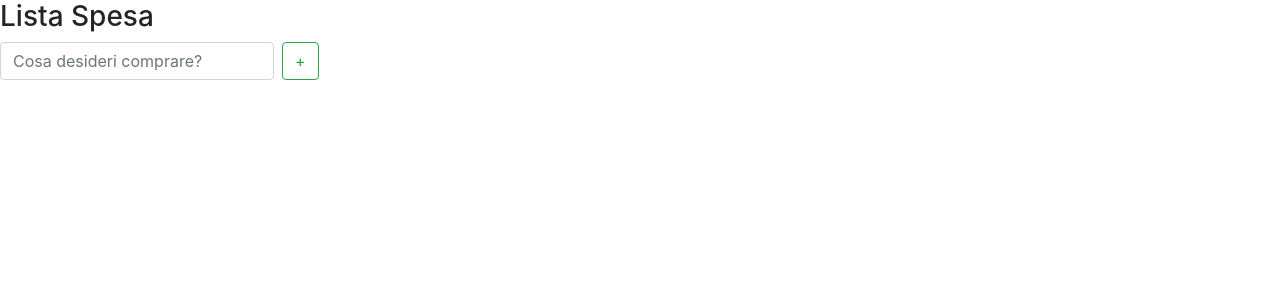
Repository: andreadipilato/TodoList
Page: /
These files come from the project's save history. The page is drawn as it stood at one moment and after the next save; the edit follows.
The browser window is 1280 px wide. The pictures show the whole page.
The project was rebuilt for these pictures with package versions that can differ from the ones it lists, and the page was loaded fresh each time. Also part of the build but not shown: src/App.css.

Above is the page before, as saved 2020-12-04 15:55:17.

### public/index.html
<!DOCTYPE html>
<html lang="en">
  <head>
    <meta charset="utf-8" />
    <link rel="stylesheet" href="https://maxcdn.bootstrapcdn.com/bootstrap/4.0.0/css/bootstrap.min.css" integrity="sha384-Gn5384xqQ1aoWXA+058RXPxPg6fy4IWvTNh0E263XmFcJlSAwiGgFAW/dAiS6JXm" crossorigin="anonymous">
    <link rel="icon" href="%PUBLIC_URL%/favicon.ico" />
    <meta name="viewport" content="width=device-width, initial-scale=1" />
    <meta name="theme-color" content="#000000" />
    <meta
      name="description"
      content="Web site created using create-react-app"
    />
    <link rel="apple-touch-icon" href="%PUBLIC_URL%/logo192.png" />
    <!--
      manifest.json provides metadata used when your web app is installed on a
      user's mobile device or desktop. See https://developers.google.com/web/fundamentals/web-app-manifest/
    -->
    <link rel="manifest" href="%PUBLIC_URL%/manifest.json" />
    <!--
      Notice the use of %PUBLIC_URL% in the tags above.
      It will be replaced with the URL of the `public` folder during the build.
      Only files inside the `public` folder can be referenced from the HTML.

      Unlike "/favicon.ico" or "favicon.ico", "%PUBLIC_URL%/favicon.ico" will
      work correctly both with client-side routing and a non-root public URL.
      Learn how to configure a non-root public URL by running `npm run build`.
    -->
    <title>Lista Spesa</title>
  </head>
  <body>
    <noscript>You need to enable JavaScript to run this app.</noscript>
    <div id="root"></div>
    <!--
      This HTML file is a template.
      If you open it directly in the browser, you will see an empty page.

      You can add webfonts, meta tags, or analytics to this file.
      The build step will place the bundled scripts into the <body> tag.

      To begin the development, run `npm start` or `yarn start`.
      To create a production bundle, use `npm run build` or `yarn build`.
    -->

  </body>
</html>

### src/App.js
import logo from './logo.svg';
import './App.css';
import Cerca from './Cerca.js';

function App() {
  return (
    <div className="App">
      <header className="App-header">
        <h3>Lista Spesa</h3>
        <Cerca />
      </header>
    </div>
  );
}

export default App;

### src/Cerca.js
import React, {Component} from 'react'

class Cerca extends Component {
    constructor(props) {
        super(props);
        this.state = { cerca: ""}
    }
    render() {
        return (
                <form className = "form-inline" onSubmit = {this.addElement}>
                    <input
                        className = "form-control mr-sm-2"
                        type = "text"
                        placeholder = "Cosa desideri comprare?"
                        aria-label = "Search"
                        value = {this.state.cerca}
                        //onChange = {}
                    />

                    <button className = "btn btn-outline-success my-2 my-sm-0"
                            type="submit"
                            //onFocus = {}
                    >+
                    </button>
                </form>
        )
    }
}
export default Cerca;

Loaded but not shown: src/index.js (common file); src/index.css (common file); src/reportWebVitals.js (common file)

After the next save:
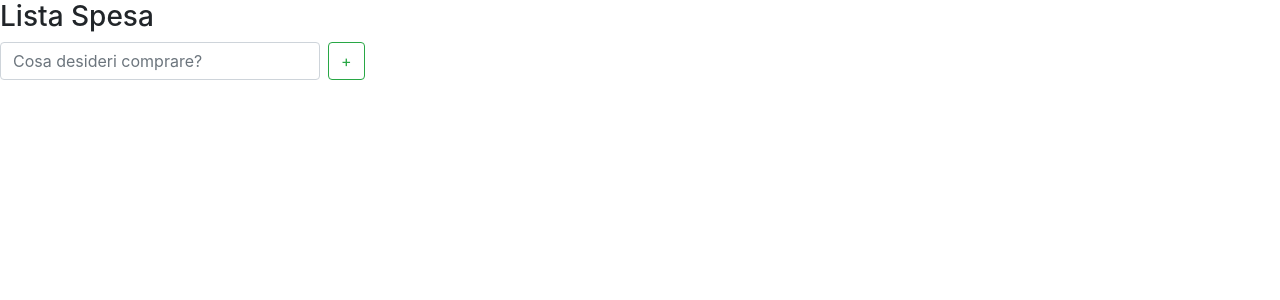
Saved 80 s later.
--- a/src/Cerca.js
+++ b/src/Cerca.js
@@ -9,7 +9,7 @@
         return (
                 <form className = "form-inline" onSubmit = {this.addElement}>
                     <input
-                        className = "form-control mr-sm-2"
+                        className = "form-control col-sm-3 mr-sm-2"
                         type = "text"
                         placeholder = "Cosa desideri comprare?"
                         aria-label = "Search"
